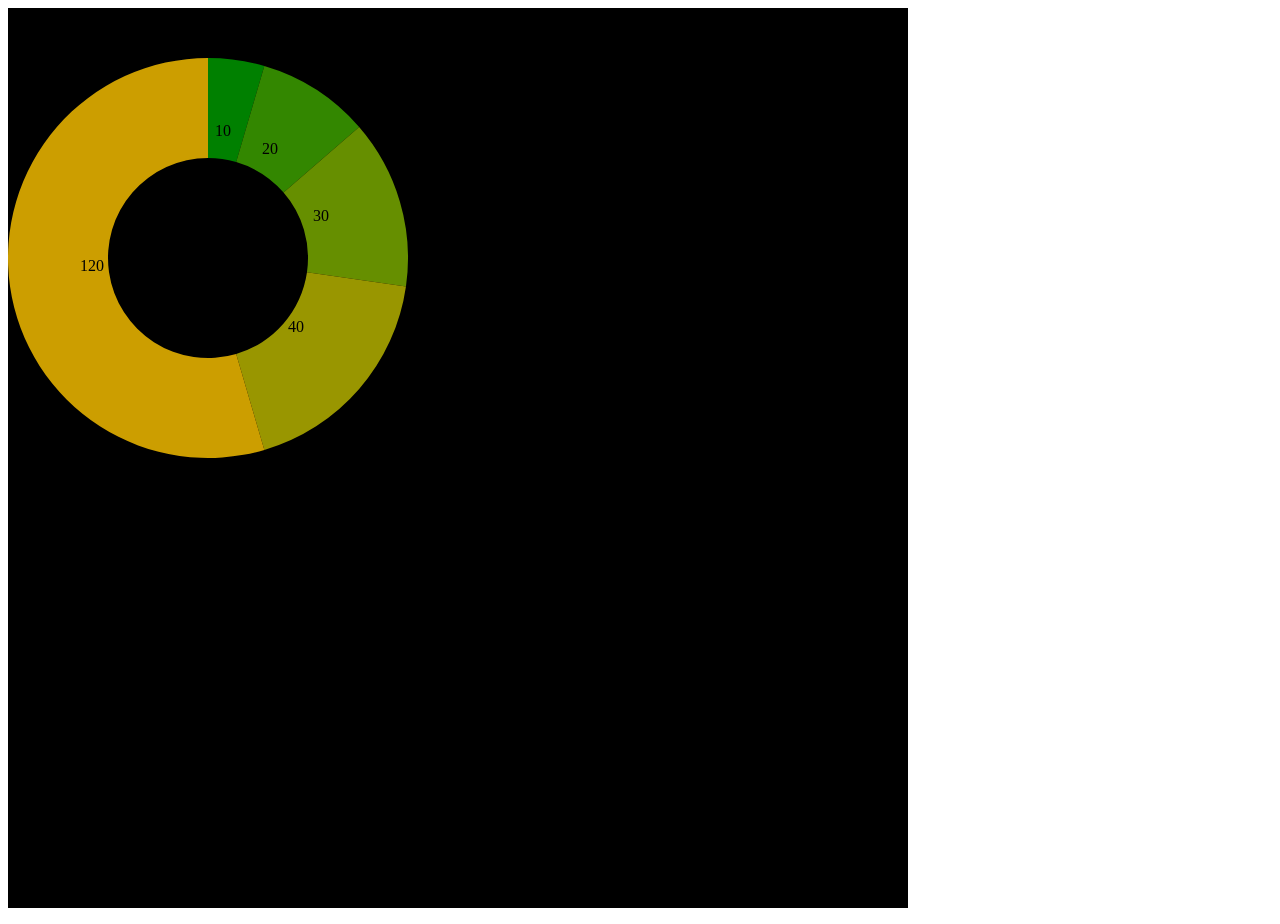
Repository: ajaytech/D3-sample-code
Page: D3 codes/D3PieChart.html
The author's editor kept a record of every edit. The page is drawn from the files as they stood at one moment, then again after the next edit.
The browser window is 1280 px wide. The pictures show the whole page.

Above is the page before.

After the next edit:
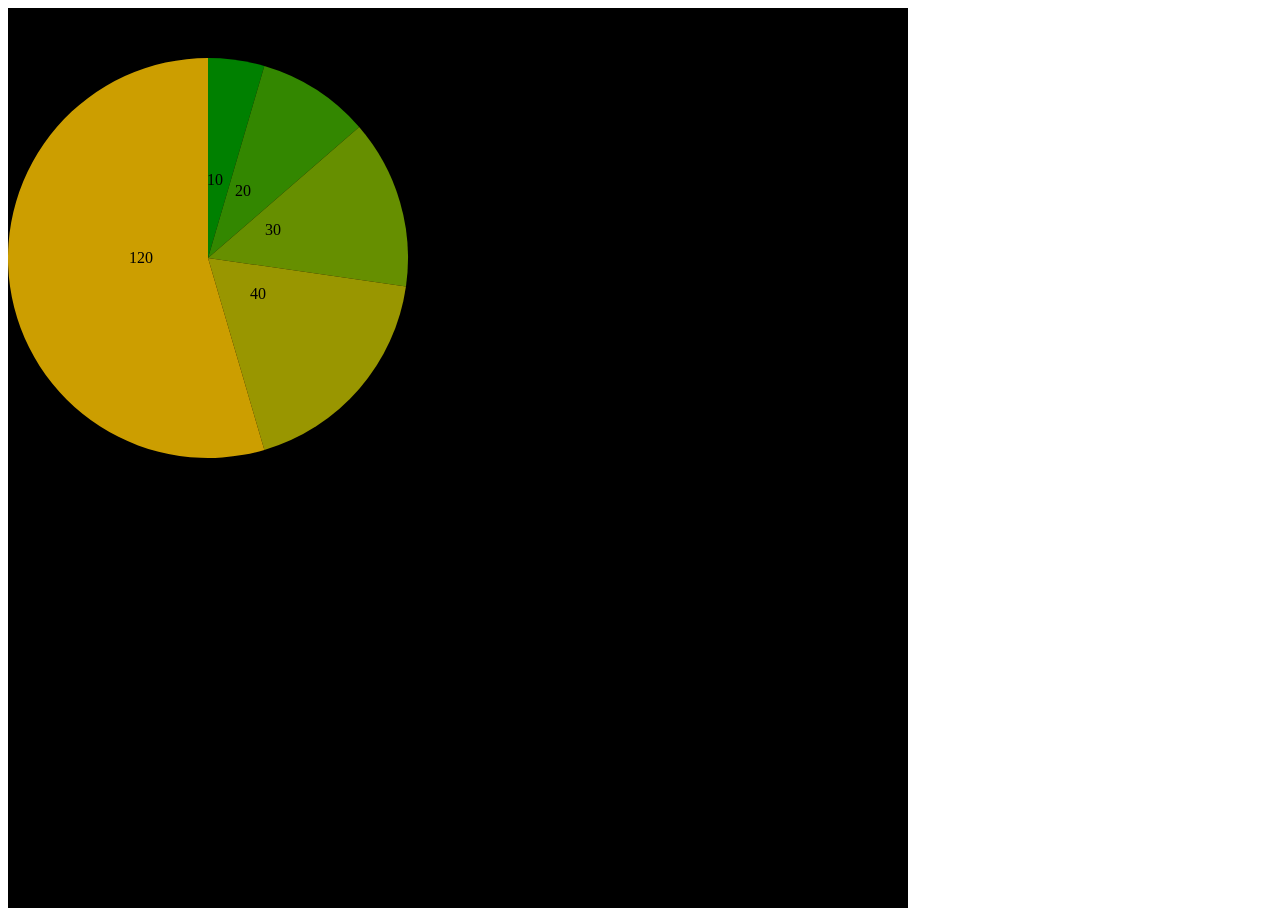
The edit:
--- a/D3 codes/D3PieChart.html
+++ b/D3 codes/D3PieChart.html
@@ -16,7 +16,7 @@
 var animationDuration = 1000;
 var animationDelay = 1000;
 var radius = 200;
-var innerRadius = 100;
+var innerRadius = 0;
 var paddingPieX = 200;
 var paddingPieY = 250;
 var unit = "px";
